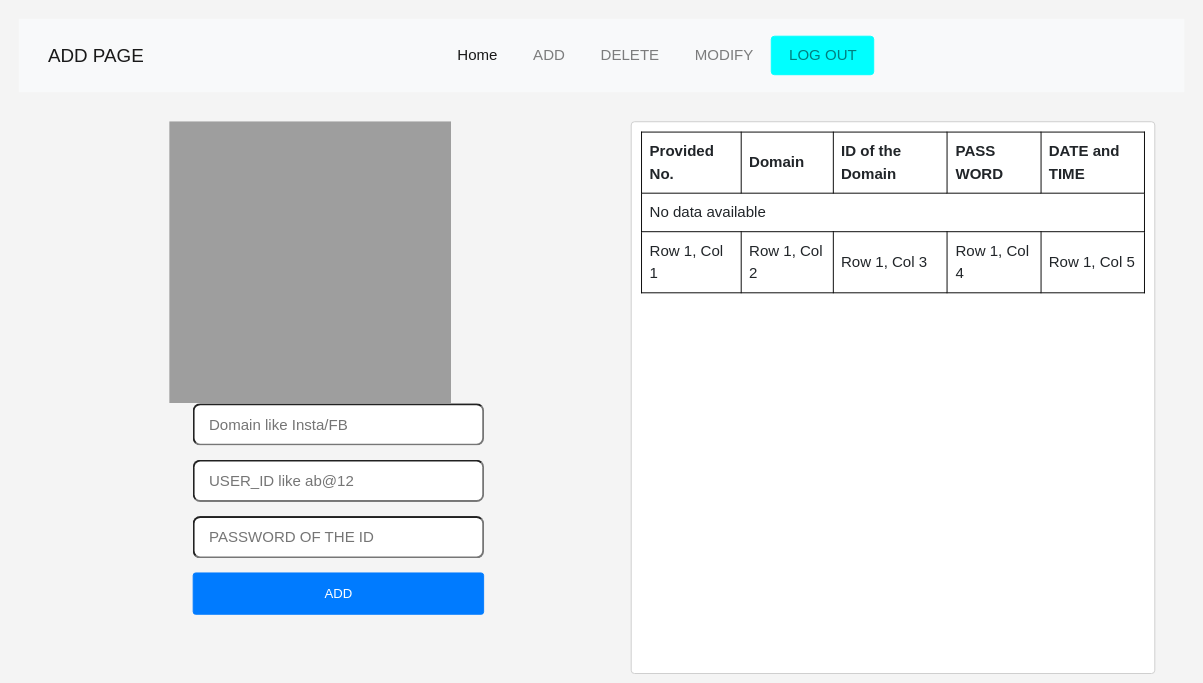
Repository: wizzy-abhishek/Projects
Page: http://localhost/Iam_Doing/Details_Action.jsp
An editor plug-in stored every save of this project. The page is shown before and after the next save, followed by the edit.
The browser window is 1280 px wide. The pictures show the whole page, at 94% of full size.
Pictures or frames that could not be fetched are drawn as grey boxes. Some web libraries are served in a nearby version. The page is served by Tomcat 10. Nobody is signed in. The application's start-up code is not run.

Above is the page before, as saved 2024-06-28 15:10:13.

After the next save:
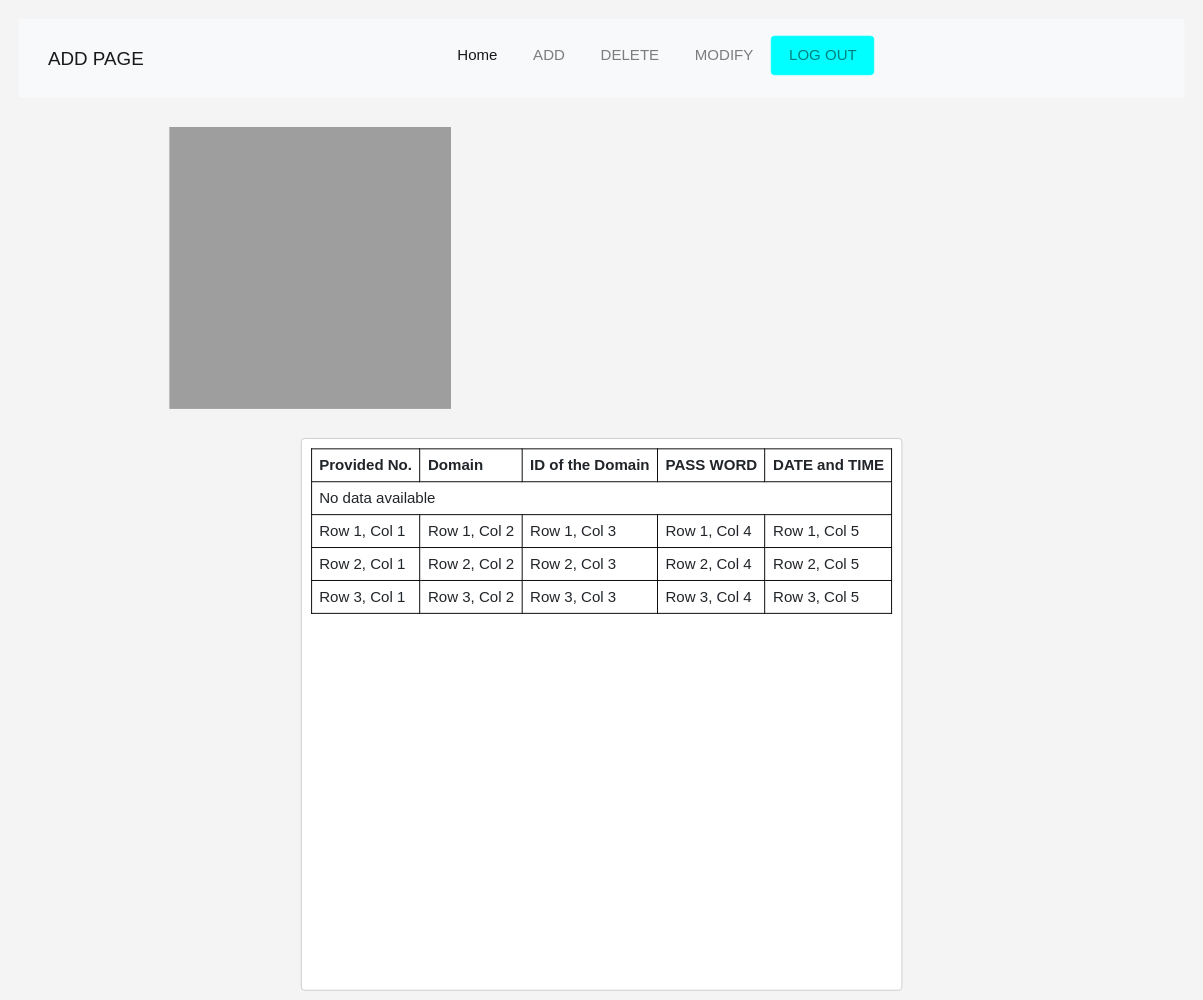
Saved 2 min 38 s later.
--- a/Iam_Doing/src/main/webapp/Details_Action.jsp
+++ b/Iam_Doing/src/main/webapp/Details_Action.jsp
@@ -1,10 +1,7 @@
 <%@ page language="java" contentType="text/html; charset=UTF-8"
     pageEncoding="UTF-8"%>
-    <%@ page import="java.util.List" %>
+<%@ page import="java.util.List" %>
 <%@ page import="com.pojo.RealInfo" %>
-<%@ page import="java.util.ArrayList" %>
-
-<!DOCTYPE html>
 <html lang="en">
 <head>
     <meta charset="UTF-8">
@@ -142,28 +139,12 @@
     <div class="header text-center">
     <img src="Superman.png" alt="Website Logo" height="300" width="300" >
     </div>
-
-
-    <form action="Complete_ADD" method="post">
-        <div class="form-group">
-            <input type="text" name="Domain" placeholder=" &nbsp Domain like Insta/FB" required style="width: 310px; height : 45px ;margin: 0 auto;">
-        </div>
-        <div class="form-group">
-            <input type="text" name="UserId_of_Domain" placeholder=" &nbsp USER_ID like ab@12" required  style="width: 310px; height : 45px ;margin: 0 auto; ">
-        </div>
-        <div class="form-group">
-            <input type="text" name="Password_of_User_ID" placeholder=" &nbsp PASSWORD OF THE ID" required  style="width: 310px; height : 45px ; margin: 0 auto; ">
-        </div>
-        <div class="form-group">
-            <button type="submit" class="btn btn-primary btn-sm"  style="width: 310px; height : 45px ; margin: 0 auto; ">ADD</button>
-        </div>
-    </form>
 </div>
 <hr>
 
-<div class="right-column">
+<div class="centre">
     <div class="scrollable-table">
-         <table>
+        <table>
             <thead>
                 <tr>
                     <th>Provided No.</th>
@@ -202,10 +183,13 @@
     </div>
 </div>
 
+
 <script>
     // Sample data to demonstrate dynamic row addition
     const data = [
-        ["Row 1, Col 1", "Row 1, Col 2", "Row 1, Col 3", "Row 1, Col 4", "Row 1, Col 5"]
+        ["Row 1, Col 1", "Row 1, Col 2", "Row 1, Col 3", "Row 1, Col 4", "Row 1, Col 5"],
+        ["Row 2, Col 1", "Row 2, Col 2", "Row 2, Col 3", "Row 2, Col 4", "Row 2, Col 5"],
+        ["Row 3, Col 1", "Row 3, Col 2", "Row 3, Col 3", "Row 3, Col 4", "Row 3, Col 5"]
     ];
 
     const tableBody = document.getElementById('table-body');
